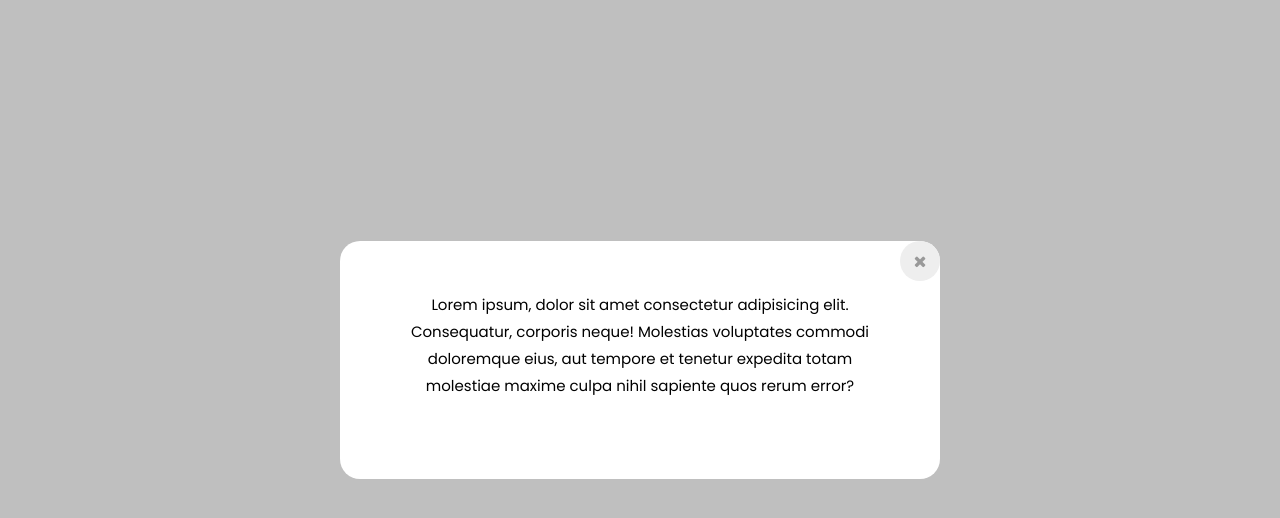
Repository: thuan711/All-about-JS
Page: active-modal.html
An editor plug-in stored every save of this project. The page is shown before and after the next save, followed by the edit.
The browser window is 1280 px wide. The pictures show the whole page.

Above is the page before, as saved 2023-01-04 13:40:16.

### active-modal.html
<!DOCTYPE html>
<html lang="en">
  <head>
    <meta charset="UTF-8" />
    <meta http-equiv="X-UA-Compatible" content="IE=edge" />

    <title>Javascript</title>
    <link rel="preconnect" href="https://fonts.gstatic.com" />
    <link
      href="https://fonts.googleapis.com/css2?family=Poppins:wght@400;600&display=swap"
      rel="stylesheet"
    />
    <link
      rel="stylesheet"
      href="https://cdnjs.cloudflare.com/ajax/libs/font-awesome/4.7.0/css/font-awesome.min.css"
      integrity="sha512-SfTiTlX6kk+qitfevl/7LibUOeJWlt9rbyDn92a1DqWOw9vWG2MFoays0sgObmWazO5BQPiFucnnEAjpAB+/Sw=="
      crossorigin="anonymous"
    />
    <style>
        html {
            box-sizing: border-box;
          }
          * {
            margin: 0;
            padding: 0;
          }
          *,
          *:before,
          *:after {
            box-sizing: border-box;
          }
          input,
          textarea,
          select,
          button {
            outline: none;
          }
          input {
            line-height: normal;
          }
          label,
          button {
            cursor: pointer;
          }
          a {
            text-decoration: none;
          }
          img {
            display: block;
            max-width: 100%;
          }
          *,
          *:before,
          *:after {
            box-sizing: border-box;
          }
          /* using rem unit */
          html {
            font-size: 62.5%;
          }
          a {
            text-decoration: none;
          }
          img {
            display: block;
            max-width: 100%;
          }
          body {
            font-family: "Poppins", sans-serif;
            font-size: 16px;
            line-height: 1;
          }
          .menu {
            width: 300px;
            position: fixed;
            top: 0;
            right: 0;
            bottom: 0;
            box-shadow: rgba(100, 100, 111, 0.2) 0px 7px 29px 0px;
            list-style: none;
            transform: translateX(100%);
            transition: transform 0.25s linear;
          }
          .menu.is-show {
            transform: translateX(0);
          }
          .menu-link {
            display: block;
            padding: 20px 15px;
            color: #333;
            border-bottom: 1px solid #eee;
          }
          .boxed {
            width: 200px;
            height: 200px;
            padding: 20px;
            margin-left: 50px;
            border: 5px solid;
            border-top: 50px solid;
          }
          /* Modal */
          .modal {
            position: fixed;
            top: 0;
            left: 0;
            width: 100%;
            height: 100%;
            background-color: rgba(0, 0, 0, 0.25);
            z-index: 1000;
            display: flex;
            align-items: center;
            justify-content: center;
            flex-direction: column;
            opacity: 0;
            visibility: hidden;
            transition: all 0.25s linear;
          }
          .modal.is-show {
            opacity: 1;
            visibility: visible;
          }
          .modal-content {
            max-width: 600px;
            padding: 50px;
            border-radius: 20px;
            background-color: white;
            position: relative;
          }
          .modal-close {
            position: absolute;
            top: 0;
            right: 0;
            width: 40px;
            height: 40px;
            display: flex;
            justify-content: center;
            align-items: center;
            background-color: #eee;
            border-radius: 50px;
            cursor: pointer;
            color: #999;
          }
          .modal-desc {
            font-size: 15px;
            font-weight: 300;
            text-align: center;
            line-height: 1.8;
            margin-bottom: 30px;
          }
          .modal-action {
            display: grid;
            grid-template-columns: 1fr 1fr;
            grid-gap: 0 20px;
          }
          .modal-submit,
          .modal-cancel {
            border: 0;
            font-family: "Poppins", sans-serif;
            font-size: 16px;
            padding: 20px 30px;
            border-radius: 10px;
            background-color: transparent;
            color: #999;
          }
          .modal-submit {
            background-color: #3d6ef7;
            color: white;
          }
    </style>
  </head>
  <body>
    <script src="event/active-modal.js"></script>
  </body>
</html>

### event/active-modal.js
/*
 */
const modal = document.createElement("div");
modal.classList.add("modal");
const modalContent = document.createElement("div");
modalContent.classList.add("modal-content");
modal.appendChild(modalContent);
const modalClose = document.createElement("i");
modalClose.className = "fa fa-times modal-close";
modalContent.appendChild(modalClose);
const modalDesc = document.createElement("div");
modalDesc.classList.add("modal-desc");
modalDesc.textContent =
  "Lorem ipsum, dolor sit amet consectetur adipisicing elit. Consequatur, corporis neque! Molestias voluptates commodi doloremque eius, aut tempore et tenetur expedita totam molestiae maxime culpa nihil sapiente quos rerum error?";
modalContent.appendChild(modalDesc);
document.body.appendChild(modal);
// const template = `<div class="modal">
// <div class="modal-content">
// <i class="fa fa-times modal-close"></i>
// <div class="modal-desc">
//   Lorem ipsum dolor, sit amet consectetur adipisicing elit. Laudantium
//   iure veniam reiciendis, accusamus dolorum exercitationem voluptates?
//   Eos a recusandae consectetur non eveniet quam, id atque? Atque ex
//   impedit quam eveniet!
// </div>
// <div class="modal-action">
//   <button class="modal-submit">Confirm</button>
//   <button class="modal-cancel">Cancel</button>
// </div>
// </div>
// </div>`;
// const body = document.body;
// body.insertAdjacentHTML("afterbegin", template);
const modalWrapper = document.querySelector(".modal");
if (modalWrapper) {
  setTimeout(function () {
    modalWrapper.classList.add("is-show");
  }, 3000);
}

After the next save:
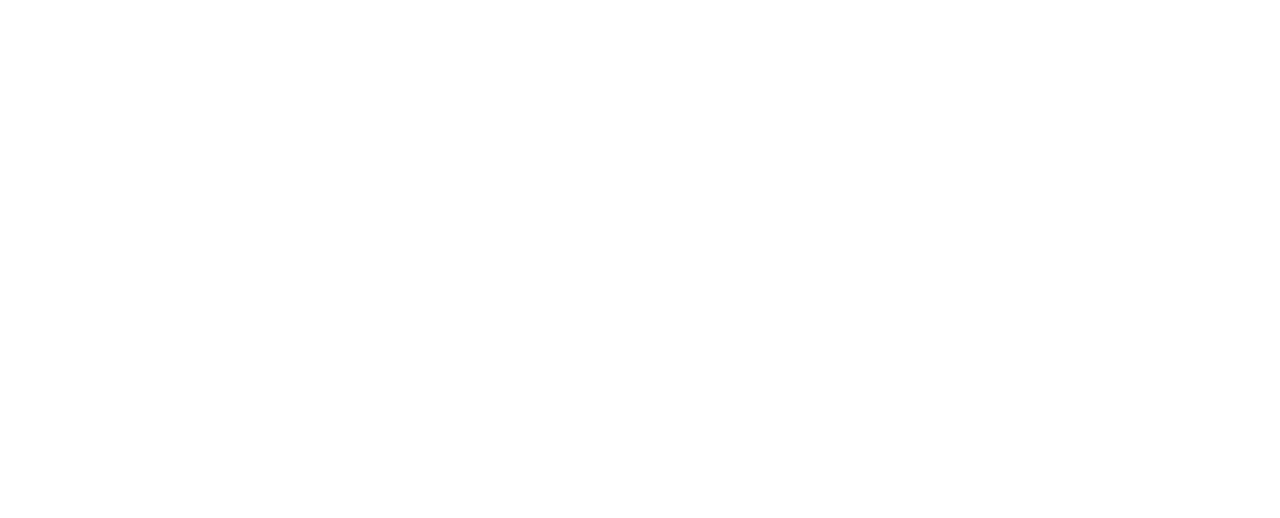
Console error (its wording comes from the project's code and is left out).
Saved 55 s later.
--- a/event/active-modal.js
+++ b/event/active-modal.js
@@ -1,19 +1,3 @@
-/*
- */
-const modal = document.createElement("div");
-modal.classList.add("modal");
-const modalContent = document.createElement("div");
-modalContent.classList.add("modal-content");
-modal.appendChild(modalContent);
-const modalClose = document.createElement("i");
-modalClose.className = "fa fa-times modal-close";
-modalContent.appendChild(modalClose);
-const modalDesc = document.createElement("div");
-modalDesc.classList.add("modal-desc");
-modalDesc.textContent =
-  "Lorem ipsum, dolor sit amet consectetur adipisicing elit. Consequatur, corporis neque! Molestias voluptates commodi doloremque eius, aut tempore et tenetur expedita totam molestiae maxime culpa nihil sapiente quos rerum error?";
-modalContent.appendChild(modalDesc);
-document.body.appendChild(modal);
 // const template = `<div class="modal">
 // <div class="modal-content">
 // <i class="fa fa-times modal-close"></i>
@@ -31,9 +15,24 @@
 // </div>`;
 // const body = document.body;
 // body.insertAdjacentHTML("afterbegin", template);
-const modalWrapper = document.querySelector(".modal");
-if (modalWrapper) {
-  setTimeout(function () {
-    modalWrapper.classList.add("is-show");
-  }, 3000);
+const modal = document.createElement("div");
+modal.classList.add("modal");
+const modalContent = document.createElement("div");
+modalContent.classList.add("modal-content");
+modal.appendChild(modalContent);
+const modalClose = document.createElement("div");
+modalClose.classList.add("fa fa-times modal-close");
+modalContent.appendChild(modalClose);
+const modalDesc = document.createElement("div");
+modalDesc.classList.add("modal-desc");
+modalDesc.textContent = `Lorem ipsum dolor, sit amet consectetur adipisicing elit. Laudantium
+   iure veniam reiciendis, accusamus dolorum exercitationem voluptates?
+   Eos a recusandae consectetur non eveniet quam, id atque? Atque ex   impedit quam eveniet!`;
+modalContent.appendChild(modalDesc);
+document.body.appendChild(modal);
+const wrapper = document.querySelector(".modal");
+if(wrapper){
+    setTimeout(function(){
+        wrapper.classList.add("is-show");
+    }, 3000);
 }

After the 2 saves that followed:
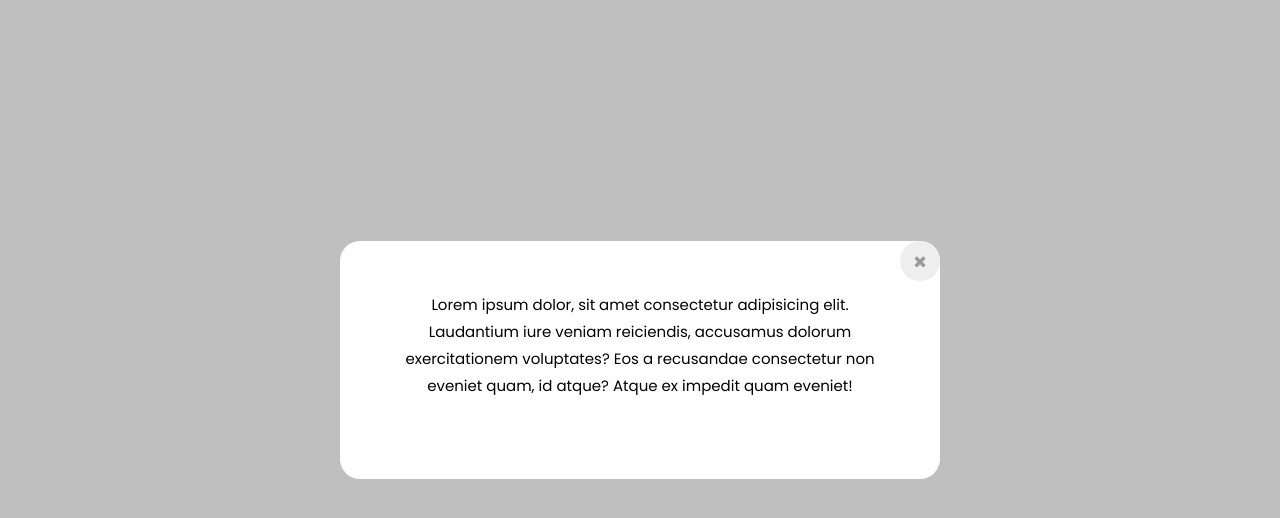
The error is gone.
The 2 saves are shown as one change because 1 left the picture as it was.
The last was saved 2 min 54 s later.
--- a/event/active-modal.js
+++ b/event/active-modal.js
@@ -20,8 +20,8 @@
 const modalContent = document.createElement("div");
 modalContent.classList.add("modal-content");
 modal.appendChild(modalContent);
-const modalClose = document.createElement("div");
-modalClose.classList.add("fa fa-times modal-close");
+const modalClose = document.createElement("i");
+modalClose.className = "fa fa-times modal-close";
 modalContent.appendChild(modalClose);
 const modalDesc = document.createElement("div");
 modalDesc.classList.add("modal-desc");
